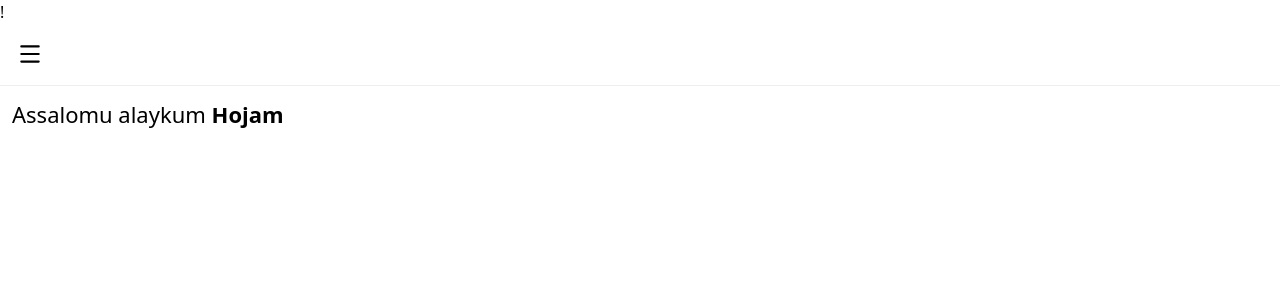
Repository: zaynobiddinovofficel-debug/KotibaAI
Page: / (app in web/)
These files come from the project's save history. The page is drawn as it stood at one moment and after the next save; the edit follows.
The browser window is 1280 px wide. The pictures show the whole page.
Some web fonts or font styles are not loaded; a fallback is used. The project was rebuilt for these pictures with package versions that can differ from the ones it lists, and the page was loaded fresh each time. Also part of the build but not shown: web/vite.config.js.

Above is the page before, as saved 2026-03-25 20:10:27.

After the next save:
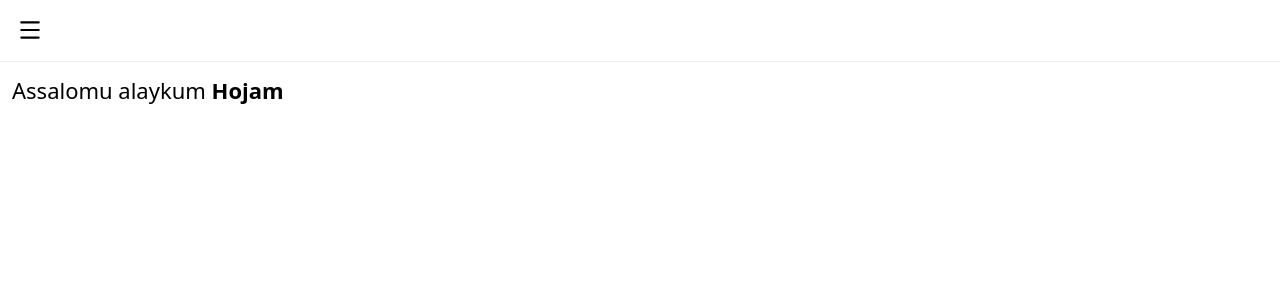
Saved 6 s later.
--- a/web/index.html
+++ b/web/index.html
@@ -5,7 +5,7 @@
     <link rel="icon" type="image/svg+xml" href="/vite.svg" />
     <meta name="viewport" content="width=device-width, initial-scale=1.0" />
     <title>web</title>
-    !<link rel="preconnect" href="https://fonts.googleapis.com">
+    <link rel="preconnect" href="https://fonts.googleapis.com">
     <link rel="preconnect" href="https://fonts.gstatic.com" crossorigin>
     <link href="https://fonts.googleapis.com/css2?family=Barlow+Semi+Condensed:ital,wght@0,100;0,200;0,300;0,400;0,500;0,600;0,700;0,800;0,900;1,100;1,200;1,300;1,400;1,500;1,600;1,700;1,800;1,900&family=Big+Shoulders:opsz,wght@10..72,100..900&family=Chewy&family=Inter:ital,opsz,wght@0,14..32,100..900;1,14..32,100..900&family=Lexend+Deca:wght@100..900&family=Poppins:ital,wght@0,100;0,200;0,300;0,400;0,500;0,600;0,700;0,800;0,900;1,100;1,200;1,300;1,400;1,500;1,600;1,700;1,800;1,900&family=Roboto+Condensed:ital,wght@0,100..900;1,100..900&display=swap" rel="stylesheet">
   </head>
